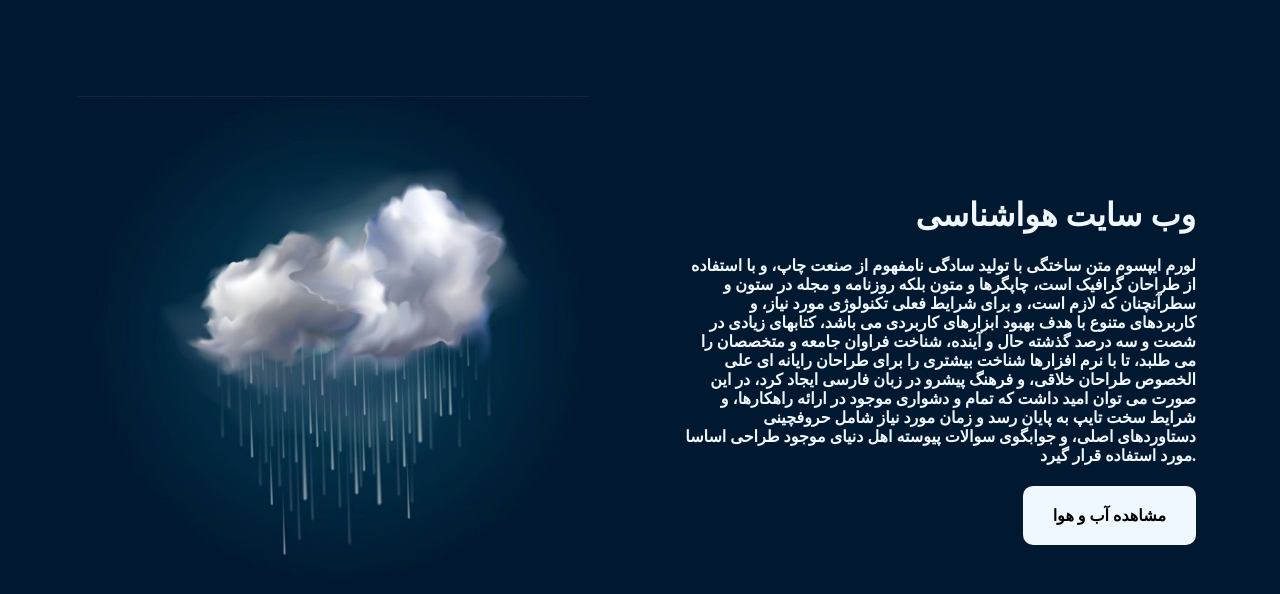
Repository: fateme81yosefi/weather
Page: landing/Landing.html
These files come from the project's save history. The page is drawn as it stood at one moment and after a run of saves; the edit follows.
The browser window is 1280 px wide. The pictures show the whole page.
Some web fonts or font styles are not loaded; a fallback is used.

Above is the page before, as saved 2025-02-02 16:54:39.

After the next 3 saves:
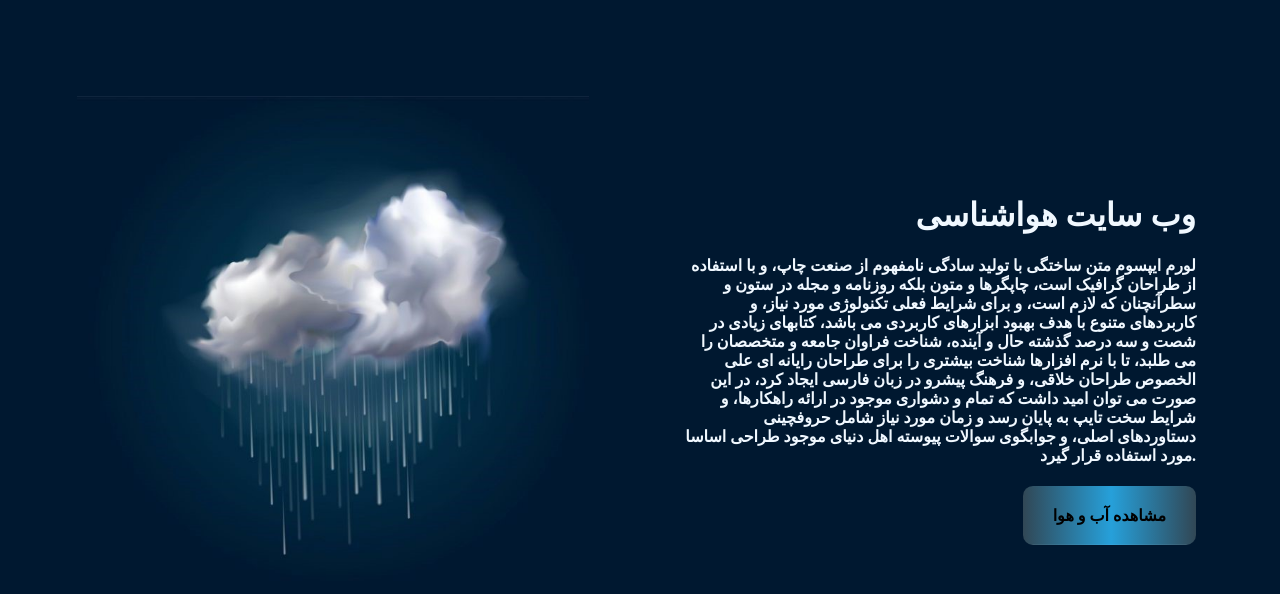
The 3 saves are shown as one change because they came seconds apart.
The last was saved 19 s later.
--- a/landing/style/landing.css
+++ b/landing/style/landing.css
@@ -42,10 +42,10 @@ body {
   font-family: vazir;
   font-weight: bold;
   font-size: medium;
+  background-image: linear-gradient(to right, #314755 0%, #26a0da  51%, #314755  100%)
 }
 
 
-.btn-grad {background-image: linear-gradient(to right, #314755 0%, #26a0da  51%, #314755  100%)}
 .btn-grad {
    margin: 10px;
    padding: 15px 45px;
